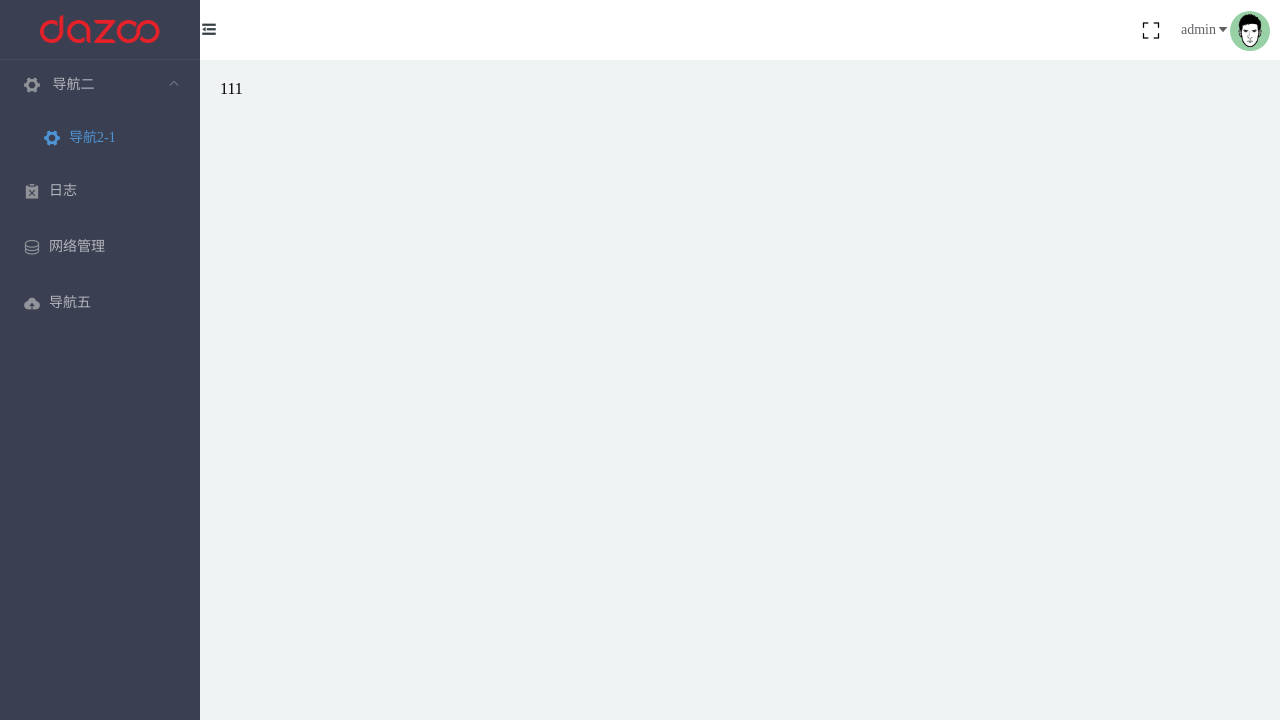
Repository: TomGodb/dazoo-admin
Page: /#/dashbord/aaa
An editor plug-in stored every save of this project. The page is shown before and after the next save, followed by the edit.
The browser window is 1280 px wide. The pictures show the whole page.
The project was rebuilt for these pictures with package versions that can differ from the ones it lists, and the page was loaded fresh each time. Also part of the build but not shown: vue.config.js, src/components/SlideVerify/index.vue, src/utils/request.js, src/views/login/http.js, src/views/login/index.vue.

Above is the page before, as saved 2021-01-23 11:52:44.

### public/index.html
<!DOCTYPE html>
<html lang="">
  <head>
    <meta charset="utf-8">
    <meta http-equiv="X-UA-Compatible" content="IE=edge">
    <meta name="viewport" content="width=device-width,initial-scale=1.0">
    <link rel="icon" href="<%= BASE_URL %>favicon.ico">
    <title>运维管理后台</title>
  </head>
  <body>
    <noscript>
      <strong>We're sorry but <%= htmlWebpackPlugin.options.title %> doesn't work properly without JavaScript enabled. Please enable it to continue.</strong>
    </noscript>
    <div id="app"></div>
    <!-- built files will be auto injected -->
  </body>
</html>

### src/main.js
import Vue from "vue";
import App from "./App.vue";
import router from "./router";
import store from "./store";
import ElementUI from 'element-ui';
import 'element-ui/lib/theme-chalk/index.css';
import "@/style/element.less";
Vue.config.productionTip = false;
Vue.use(ElementUI);
new Vue({
  router,
  store,
  render: h => h(App)
}).$mount("#app");

### src/App.vue
<template>
  <div id="app">
    <!-- <div id="nav">
      <router-link to="/">Home</router-link> |
      <router-link to="/about">About</router-link>
    </div> -->
    <router-view />
  </div>
</template>

<style lang="less">
* {
  padding: 0;
  margin: 0;
}
body,
html {
  height: 100%;
}
#app {
  font-family: "\5FAE\8F6F\96C5\9ED1";
  height: 100%;
}

// #nav {
//   padding: 30px;
//   a {
//     font-weight: bold;
//     color: #2c3e50;
//     &.router-link-exact-active {
//       color: #42b983;
//     }
//   }
// }
</style>

### src/router/index.js
import Vue from "vue";
import VueRouter from "vue-router";

import login from "@v/login/index.vue";
import Home from "@/Home/index.vue";
Vue.use(VueRouter);
import module from './modole'

export const currencyRoutes = [{
    path: "/",
    name: "login",
    component: login,
  },
  {
    path: "/Home",
    name: "Home",
    component: Home,
    redirect: "/dashbord",
    children: module,

  },
];
const router = new VueRouter({
  mode: "hash",
  base: process.env.BASE_URL,
  routes: currencyRoutes
});

export default router;

### src/store/index.js
import Vue from "vue";
import Vuex from "vuex";
import getters from "./getters"

Vue.use(Vuex);
export default new Vuex.Store({
  state: {
    opened: false
  },
  mutations: {
    SET_OPENED(state) {
      state.opened = !state.opened;
    },
  },
  actions: {},
  modules: {},
  getters
});

### src/style/element.less
.el-menu--collapse .el-submenu__title{
    span{
        display: none;
    }
    .el-submenu__icon-arrow {
        display: none;
    }
}
.el-header{
    height: 60px;
    position: fixed;
    top: 0;
    width: 100%;
    left: 0;
    z-index: 999;
    padding: 0px !important;
}
.table-expand {
    font-size: 0;
    & label{
        width: 90px;
        color: #99a9bf;
    }
    & .el-form-item {
        margin-right: 0;
        margin-bottom: 0;
        width: 50%;
      }
  }

### src/Home/index.vue
<template>
  <div class="home-container">
    <el-container>
      <el-header> <m-header></m-header></el-header>
      <el-container>
        <el-aside :width="opened ? '64px' : '200px'">
          <el-menu
            :default-active="activeMenu"
            class="el-menu-vertical-demo"
            background-color="#3a3f51"
            text-color="#b5b6bd"
            active-text-color="rgb(79, 148, 212)"
            mode="vertical"
            :collapse-transition="false"
            router
            :collapse="opened"
          >
            <NavMenu :navMenus="menuData"></NavMenu>
          </el-menu>
        </el-aside>
        <el-main>
          <div class="wrapper_con">
            <transition name="fade-page" mode="out-in">
              <router-view></router-view>
            </transition>
          </div>
        </el-main>
      </el-container>
    </el-container>
    <!-- <el-container>
      <el-aside :width="opened ? '64px' : '200px'">
        <el-menu
          :default-active="activeMenu"
          class="el-menu-vertical-demo"
          background-color="#3a3f51"
          text-color="#b5b6bd"
          active-text-color="rgb(79, 148, 212)"
          mode="vertical"
          :collapse-transition="false"
          router
          :collapse="opened"
        >
          <NavMenu :navMenus="menuData"></NavMenu>
        </el-menu>
      </el-aside>
      <el-container>
        <el-header>
          <m-header></m-header>

        </el-header>
        <el-main>
          <transition name="fade-page" mode="out-in">
            <router-view></router-view>
          </transition>
        </el-main>
      </el-container>
    </el-container> -->
  </div>
</template>

<script>
import NavMenu from "./NavMenu";
import { mapGetters } from "vuex";
import MHeader from "./Header";
import { menuData } from "./NavMenu/meunDataRouter";
export default {
  components: {
    NavMenu,
    MHeader,
  },
  data() {
    return {
      menuData,
    };
  },
  computed: {
    activeMenu() {
      return this.$route.path;
    },
    ...mapGetters(["opened"]),
  },
};
</script>

<style lang="less" scoped>
.home-container {
  height: 100%;
  .el-aside {
    transition: width 0.3s;
    overflow: hidden;
    background-color: rgb(58, 63, 81);
  }
  .el-menu {
    border-right: 0px !important;
  }
  .fade-page-enter-active,
  .fade-page-leave-active {
    transition: all 0.5s;
  }
  .fade-page-enter {
    opacity: 0;
    transform: translateX(-30px);
  }
  .fade-page-leave-to {
    opacity: 0;
    transform: translateX(-30px);
  }
}
.el-container {
  height: 100%;
}
.el-main {
  background-color: #f0f3f4;
}
.wrapper_con {
  margin-top: 60px;
  height: calc(100% - 60px);
}
</style>

### src/router/modole/index.js
import aaa from './aaa'
let routesArray = []

let toArray = (pages) => {
  Object.keys(pages).forEach((key) => {
    let obj = pages[key]
    Object.keys(obj).forEach((key) => {
      routesArray.push(obj[key])
    })
  })
}
toArray([aaa])

export default routesArray

### src/store/getters.js

const getters ={
    opened(state){
        return state.opened
    }
}
export default getters;

### src/Home/NavMenu/index.vue
<template>
  <div class="navMenu">

    <template v-for="navMenu in navMenus">
      <!-- 最后一级菜单 -->
      <el-menu-item
        v-if="!navMenu.children && navMenu"
        :key="navMenu.id"
        :data="navMenu"
        :index="navMenu.path"
      >
        <i :class="navMenu.meta.icon"></i>
        <span slot="title">{{ navMenu.meta.title }}</span>
      </el-menu-item>
      <!-- 此菜单下还有子菜单 -->
      <el-submenu
        v-if="navMenu.children && navMenu"
        :key="navMenu.id"
        :data="navMenu"
        :index="navMenu.path"
      >
        <template slot="title">
          <i :class="navMenu.meta.icon"></i>
          <span> {{ navMenu.meta.title }}</span>
        </template>
        <!-- 递归 -->
        <NavMenu :navMenus="navMenu.children"></NavMenu>
      </el-submenu>
    </template>
  </div>
</template>

<script>
import { mapGetters } from "vuex";
export default {
  computed: {
    ...mapGetters(["opened"]),
  },
  name: "NavMenu",
  props: ["navMenus"],
  data() {
    return {};
  },
  methods: {},
};
</script>
<style lang="less" scoped>

</style>

### src/Home/Header/index.vue
<template>
  <div class="sideCollapse">
    <header-l></header-l>
    <div class="sideCollapse-left" id="domColapse">
      <i
        :class="{ 'el-icon-s-unfold': opened, 'el-icon-s-fold': !opened }"
        @click="toggleOpen()"
      ></i>
    </div>
    <div class="sideCollapse-right">
      <user-dropdown></user-dropdown>
    </div>
  </div>
</template>

<script>
import { mapGetters } from "vuex";
import UserDropdown from "./UserDropdown";
import headerL from "./logo";
export default {
  components: {
    UserDropdown,
    headerL,
  },
  computed: {
    ...mapGetters(["opened"]),
  },
  methods: {
    toggleOpen() {
      this.$store.commit("SET_OPENED");
    },
  },
};
</script>
<style lang="less" scoped>
.sideCollapse-left {
  float: left;
  font-size: 18px;
  color: #363f44;
  cursor: pointer;
}
.sideCollapse {
  background-color: white;
  line-height: 60px;
  height: 100%;
}
.sideCollapse-right {
  float: right;
}
.header_l {
  transition: width 0.3s;
  float: left;
  background-color: #3a3f51;
  border-bottom: 1px solid #454b61;
  width: 200px;
  height: 59px;
  text-align: center;
  font-size: 15px;
  font-weight: 700;
  img {
    height: 28px;
    vertical-align: middle;
    position: relative;
    top: -3px;
  }
}
</style>

### src/Home/NavMenu/meunDataRouter.js
const menuData = [{
        id: 1,
        meta: {
            title: "首页",
            icon: "el-icon-s-data"
        },
        path: "/dashbord",
    },
    {
        id: 2,
        meta: {
            title: "导航二",
            icon: "el-icon-s-tools"
        },
        path: "/dashbord/aaa",

        children: [{

            path: "/dashbord/aaa",
            meta: {
                title: "导航2-1",
                icon: "el-icon-s-tools"
            },
        }]
    },
    {
        id: 3,
        meta: {
            title: "日志",
            icon: "el-icon-s-release"
        },
        path: "/",
    },
    {
        id: 4,
        meta: {
            title: "网络管理",
            icon: "el-icon-coin"
        },
        path: "/",
    },
    {
        id: 5,
        meta: {
            title: "导航五",
            icon: "el-icon-upload"
        },
        path: "/",
    },
]

export {
    menuData
}

### src/router/modole/aaa.js
export default [{
        path: "/dashbord",
        name: "Dashbord",
        component: () => import("@v/dashbord"),
        meta: {
            title: "首页",
            icon: "el-icon-s-data"
        }
    },
    {
        path: "/dashbord/aaa",
        name: "aaa",
        component: () => import("@v/aaa"),
        meta: {
            title: "aaa",
            icon: "el-icon-s-data"
        }
    },
]

### src/Home/Header/UserDropdown.vue
<template>
  <div>
    <div class="hoverBag" @click="toggleFull">
      <i class="el-icon-full-screen iconFont"></i>
    </div>
    <el-dropdown class="userDd hoverBag" @command="handleCommand">
      <div class="userDrop">
        <span class="userDrop_text">
          admin<i class="el-icon-caret-bottom"></i
        ></span>
        <img src="@a/ImgSrc/header_images/user01.jpg" alt="user" />
      </div>
      <el-dropdown-menu solt="dropdown">
        <el-dropdown-item
          v-for="(item, index) in dropdownList"
          :key="index"
          :command="index"
        >
          <i :class="item.icon"></i>{{ item.title }}
        </el-dropdown-item>
        <!-- <el-dropdown-item>
          <i class=""></i>
        </el-dropdown-item>
        <el-dropdown-item divided>
          <i class=""></i>
        </el-dropdown-item> -->
      </el-dropdown-menu>
    </el-dropdown>
  </div>
</template>
<script>
import screenfull from "screenfull";
export default {
  data() {
    return {
      dropdownList: [
        {
          icon: "el-icon-s-home",
          title: "首页",
          path: "/Home",
        },
        {
          icon: "el-icon-s-custom",
          title: "个人信息",
          path: "/dashbord/aaa",
        },
        {
          icon: "el-icon-switch-button",
          title: "登出",
          path: "/",
        },
      ],
    };
  },
  methods: {
    handleCommand(index) {
      this.$router.push(this.dropdownList[index].path);
    },
    toggleFull() {
      screenfull.toggle();
    },
  },
};
</script>
<style lang="less" scoped>
.iconFont {
  font-size: 20px;
  vertical-align: middle;
}
.userDrop img {
  vertical-align: middle;
  display: inline-block;
  width: 40px;
  height: 40px;
  border-radius: 50%;
  vertical-align: middle;
}

.hoverBag {
  cursor: pointer;
  height: 100%;
  padding: 0px 10px;
  float: left;
}
.hoverBag:hover {
  background: #f0f3f4;
}
</style>

### src/Home/Header/logo.vue
<template>
  <div>
    <div class="header_l" :style="{ width: opened ? '64px' : '200px' }">
      <img
        :src="
          require(opened
            ? '@a/ImgSrc/Home-logo/dazoo-logo.png'
            : '@a/ImgSrc/Home-logo/logo.jpg')
        "
        alt="logo"
        title="logo"
      />
    </div>
  </div>
</template>
<script>
import { mapGetters } from "vuex";
export default {
  computed: {
    ...mapGetters(["opened"]),
  },
};
</script>
<style lang="less" scoped>
.header_l {
  transition: width 0.3s;
  float: left;
  background-color: #3a3f51;
  border-bottom: 1px solid #454b61;
  width: 200px;
  height: 59px;
  text-align: center;
  font-size: 15px;
  font-weight: 700;
  img {
    height: 28px;
    vertical-align: middle;
    position: relative;
    top: -3px;
  }
}
</style>

### src/views/aaa/index.vue
<template>
  <div>
    111
  </div>
</template>
<script>
export default {
  data() {
    return {};
  },
};
</script>
<style lang="less" scoped></style>

After the next save:
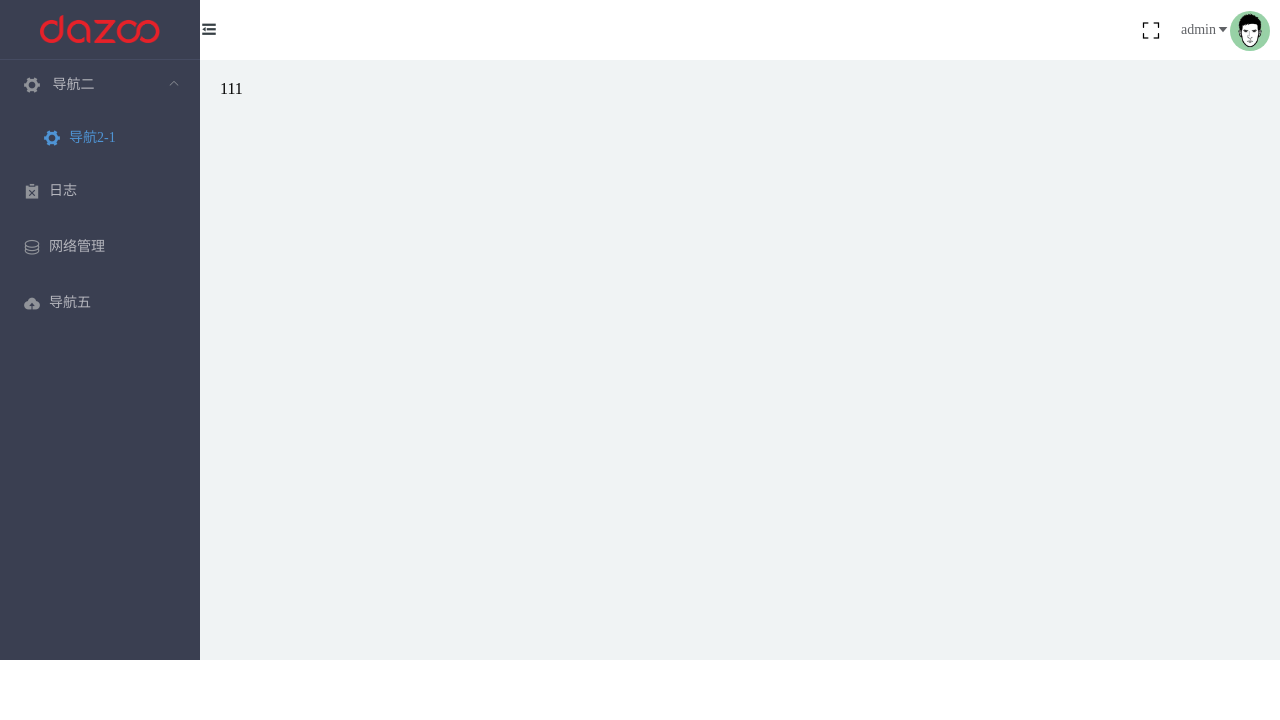
Saved 68 s later.
--- a/src/Home/index.vue
+++ b/src/Home/index.vue
@@ -84,7 +84,7 @@
 
 <style lang="less" scoped>
 .home-container {
-  height: 100%;
+   height: calc(100% - 60px);
   .el-aside {
     transition: width 0.3s;
     overflow: hidden;

After the save that followed:
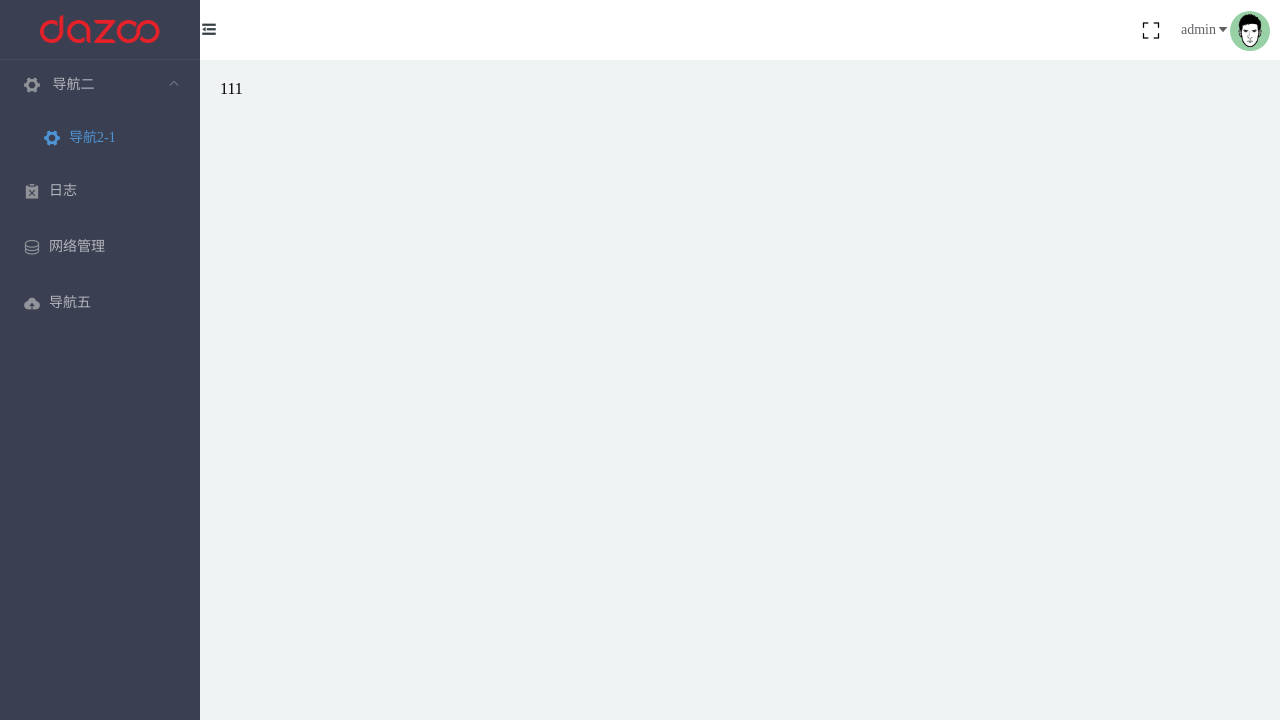
Saved 6 s later.
--- a/src/Home/index.vue
+++ b/src/Home/index.vue
@@ -84,7 +84,7 @@
 
 <style lang="less" scoped>
 .home-container {
-   height: calc(100% - 60px);
+  height: 100%;
   .el-aside {
     transition: width 0.3s;
     overflow: hidden;
